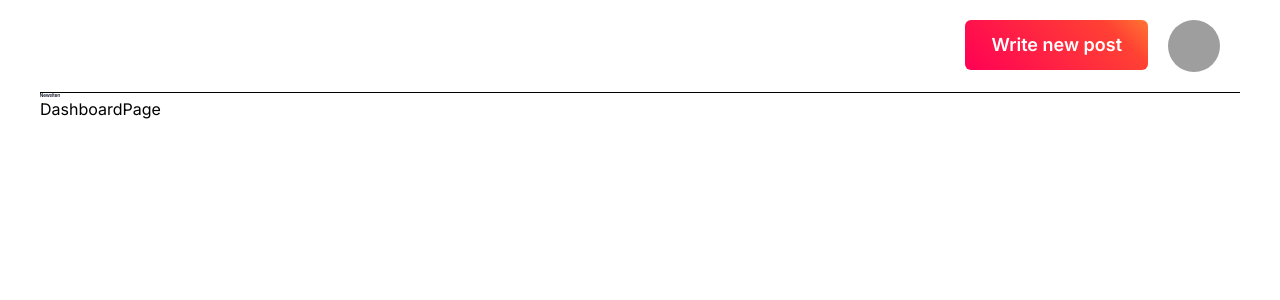
Repository: BrianPhamDev/Blog-App
Page: /dashboard
An editor plug-in stored every save of this project. The page is shown before and after the next save, followed by the edit.
The browser window is 1280 px wide. The pictures show the whole page.
Pictures or frames that could not be fetched are drawn as grey boxes. The project was rebuilt for these pictures with package versions that can differ from the ones it lists, and the page was loaded fresh each time. Also part of the build but not shown: src/pages/signUpPage/signUpPage.scss, src/components/label/label.scss, src/components/label/Label.js, src/components/input/input.scss, src/components/input/Input.js, src/components/input/InputPasswordToggle.js, src/components/input/index.js, src/pages/authenticationPage/authenticationPage.scss and 23 more. Imported but missing from the stored project, and not drawn on this page: src/components/icons.

Above is the page before, as saved 2023-08-02 17:11:58.

After the next save:
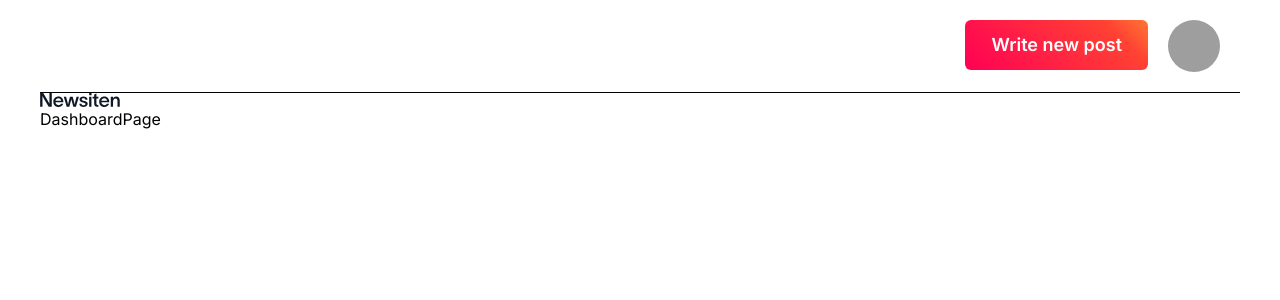
Saved 13 s later.
--- a/src/module/dashboard/Sidebar.js
+++ b/src/module/dashboard/Sidebar.js
@@ -109,7 +109,7 @@ const Sidebar = ({ children }) => {
   return (
     <div className="sidebar-wrapper">
       <div className="sidebar-logo">
-        <img src="./Logo.svg" alt="Newsiten" className="w-5" />
+        <img src="./Logo.svg" alt="Newsiten" className="w-20" />
       </div>
     </div>
   );
